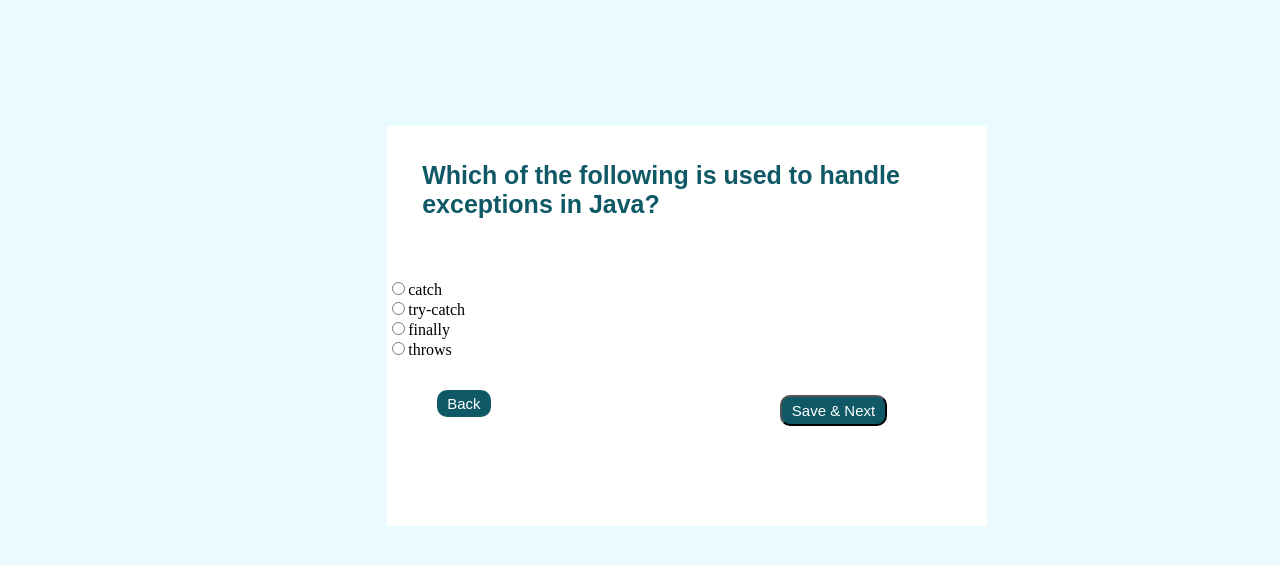
Repository: Rupali-8062Chourasiya5279/Internship_Task_Rupali
Page: Programming Language/quiz/QuizApp/src/main/webapp/First.html
An editor plug-in stored every save of this project. The page is shown before and after the next save, followed by the edit.
The browser window is 1280 px wide. The pictures show the whole page.

Above is the page before, as saved 2025-01-24 13:44:28.

After the next save:
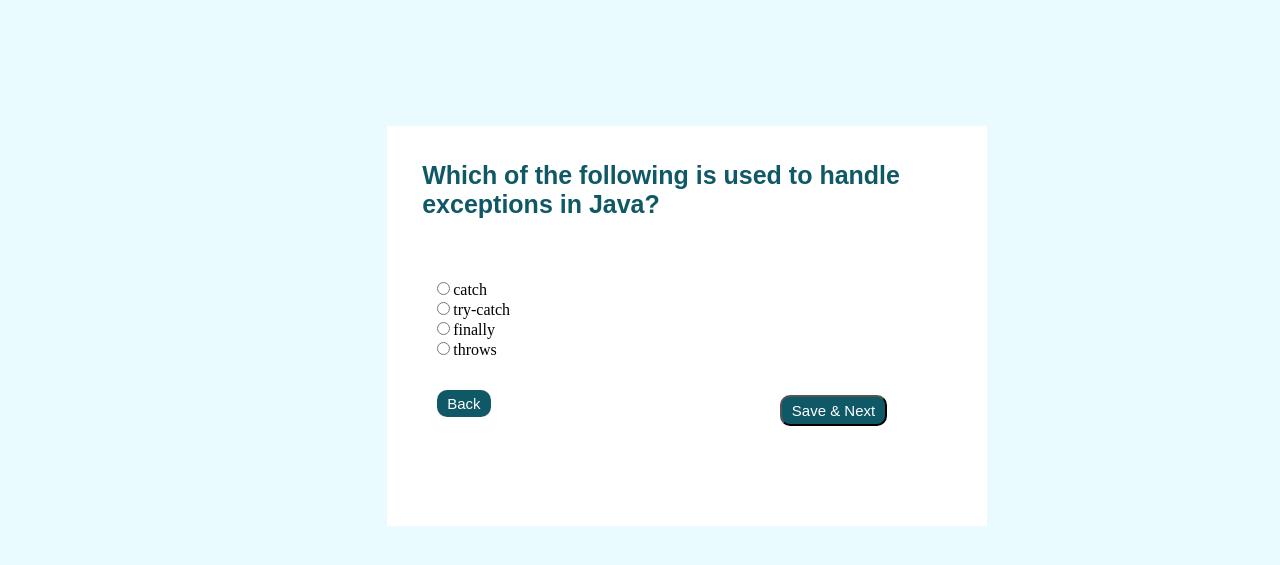
Saved 44 s later.
--- a/Programming Language/quiz/QuizApp/src/main/webapp/First.html
+++ b/Programming Language/quiz/QuizApp/src/main/webapp/First.html
@@ -29,6 +29,16 @@ margin-top: 10%;
  font: bold;
  color: white;
  background-color:#0f5866;
+ font-family: sans-serif;
+ padding:5px 10px 5px 10px;
+ margin-left:50px;
+ font-size: 15px;
+ border-radius: 10px;
+ }
+ .i1
+ {
+ font: bold;
+color:#0f5866;
  font-family: sans-serif;
  padding:5px 10px 5px 10px;
  margin-left:50px;
